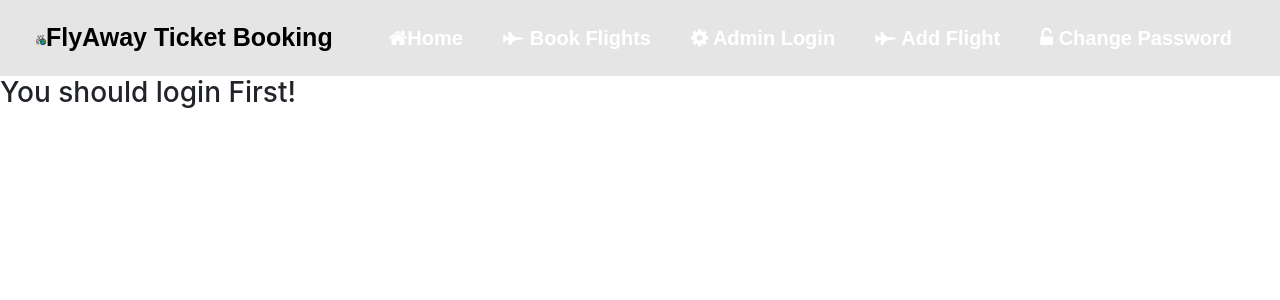
Repository: sayrabano/Phase2-project
Page: http://localhost/FlyAway/adminDashboard.jsp
The author's editor kept a copy of each file at every save. The page is drawn from the files as they stood at one save, then again after the next save.
The browser window is 1280 px wide. The pictures show the whole page.
Some web fonts or font styles are not loaded; a fallback is used. The page is served by Tomcat 9. Other server files are loaded and not shown.

Above is the page before, as saved 2021-09-26 12:56:17.

### FlyAway/src/main/webapp/adminDashboard.jsp
<%@ page language="java" contentType="text/html; charset=ISO-8859-1"
	pageEncoding="ISO-8859-1"%>
<%@page import="java.sql.*"%>
<%@page import=" com.flyaway.LogIn"%>

<%
String driverName = "com.mysql.cj.jdbc.Driver";
String Url = "jdbc:mysql://localhost:3306/flyaway";

String userId = "root";
String password = "say123";

try {
	Class.forName(driverName);
} catch (ClassNotFoundException e) {
	e.printStackTrace();
}
Connection connection = null;
Statement statement = null;
ResultSet resultSet = null;
%>

<!DOCTYPE html>
<html>
<head>
<meta charset="ISO-8859-1">
<title>FlyAway</title>
<%@include file="allcss.jsp" %>
<link rel="stylesheet" href="CSS/style7.css" />
<style>
</style>
</head>

<body>

	<nav class="navbar navbar-expand-lg navbar-light bg-custom" id="navbar">





		<a class="navbar-brand" id="tag"><img src="Images/travel.png" class="img-fluid"  width="10px">FlyAway Ticket Booking</a>


		<div class="collapse navbar-collapse" id="navbarSupportedContent">
			<ul class="navbar-nav mr-auto">
				<li class="nav-item"><a class="nav-link" href="Home.jsp"> <i
						class="fa fa-home" aria-hidden="true"></i>Home
				</a></li>

				<li class="nav-item"><a class="nav-link"
					href="option-flightsearch.jsp"><i class="fa fa-fighter-jet"></i>
						Book Flights </a></li>
				<li class="nav-item"><a href="Login.jsp" class="nav-link"><i
						class="fa fa-gear"></i> Admin Login</a></li>
						<li class="nav-item"><a href="#" class="nav-link">
						<i class="fa fa-fighter-jet"></i> Add Flight</a></li>


						<li class="nav-item"><a href="Changepassword.jsp" class="nav-link">
						<i class="fa fa-unlock-alt" aria-hidden="true"></i> Change Password</a></li>





			</ul>



		</div>

	</nav>

<%if(LogIn.isLoggedin) {

%>
	<div>
		<h2>Welcome To Admin DashBoard</h2>
		<p style="text-align:center;"> LoggedIn as :- Username is : <%=LogIn.username %> and
		Password is : <%=LogIn.password %>
</p>

	<br><br>

	</div>
	<div class="row" align="center">
	<
        <div class="col-lg-3 col-md-4col-sm-6 mb-4">
            <form action="LogOut" method="get">
           <button type="submit" class="btn btn-primary btn">Logout</button>
		</form>
        </div>

        </div>
        </div>
         <br><br><br><br><br><br>
               <center><h2>List of Flight</h2></center><br>

				<table class="table table-bodered table striped" align="center">
					<thead class="thead">
						<tr>
							<th scope="col">Flight ID</th>
							<th scope="col">Flight Name</th>
							<th scope="col">Origin</th>
							<th scope="col">Destination</th>
							<th scope="col">Date</th>
							<th scope="col">Day</th>
							<th scope="col">Ticket Price</th>
						</tr>
					</thead>
					<tbody class="tbody">


						<%
						try {
							connection = DriverManager.getConnection(Url, userId, password);
							statement = connection.createStatement();
							String sql = "SELECT * FROM flight_list";
							resultSet = statement.executeQuery(sql);
							while (resultSet.next()) {
						%>
						<tr>
							<td><%=resultSet.getString("Id")%></td>
							<td><%=resultSet.getString("Flight")%></td>
							<td><%=resultSet.getString("Origin")%></td>
							<td><%=resultSet.getString("Destination")%></td>
							<td><%=resultSet.getString("Day")%></td>
							<td><%=resultSet.getString("Date")%></td>
							<td><%=resultSet.getString("Ticket_Price")%></td>
						</tr>
						<%
						}
						} catch (Exception e) {
						e.printStackTrace();
						}
}

else{
	out.print("<h3>You should login First!</h3>");
}
						%>
					</tbody>
				</table>

</body>
</html>

### FlyAway/src/main/webapp/allcss.jsp



	<!-- Required meta tags -->
<meta charset="utf-8">
<meta name="viewport"
	content="width=device-width, initial-scale=1, shrink-to-fit=no">

<link rel="stylesheet"
	href="https://cdnjs.cloudflare.com/ajax/libs/font-awesome/4.7.0/css/font-awesome.min.css">
<!-- Required meta tags -->
<meta charset="utf-8">
<meta name="viewport"
	content="width=device-width, initial-scale=1, shrink-to-fit=no">

<!-- Bootstrap CSS -->
<link rel="stylesheet"
	href="https://maxcdn.bootstrapcdn.com/bootstrap/4.0.0/css/bootstrap.min.css"
	integrity="sha384-Gn5384xqQ1aoWXA+058RXPxPg6fy4IWvTNh0E263XmFcJlSAwiGgFAW/dAiS6JXm"
	crossorigin="anonymous">
<link rel="stylesheet"
	href="https://cdnjs.cloudflare.com/ajax/libs/font-awesome/4.7.0/css/font-awesome.min.css">
<link
	href="https://fonts.googleapis.com/css2?family=Baloo+Bhai+2:wght@500&display=swap"
	rel="stylesheet">
<link
	href="https://fonts.googleapis.com/css2?family=Ubuntu:ital,wght@1,700&display=swap"
	rel="stylesheet">

### FlyAway/src/main/webapp/CSS/style7.css
@charset "ISO-8859-1";
@charset "ISO-8859-1";

#navbar{
background-color:rgba(0,0,0,.1) ;
font-family:'Ubuntu', sans-serif;

}


#navbar ul li a{
	color:white;

	font-size:20px;
	font-weight:bold;
	padding:15px 20px;

}
#navbar ul li a:hover{
	color:black;
	background-color:white;
	border-radius:18px;


}


#tag{
	font-size:25px;
 color:black;
 font-weight:bold;


	float:right;
	padding: 10px 20px;

}
#gear{
	margin:2px;
	padding:10px;



}
#gear a:hover{



	background-color:white;


}
h2{
	text-align:center;
	font-family:'Ubuntu', sans-serif;
}
.btn{
	color:black;
	padding-left:10rem;
	padding-right:6rem;
	margin-top: 15px;

   background-color:#b0bec5;
	font-family:'Ubuntu', sans-serif;
	float:right;
    display:flex;


}
.thead{
	background-color:#000000;
	font-family:'Ubuntu', sans-serif;
	color:white;
}
.tbody{
	background-color:#b0bec5;
	font-family:'Ubuntu', sans-serif;
}

After the next save:
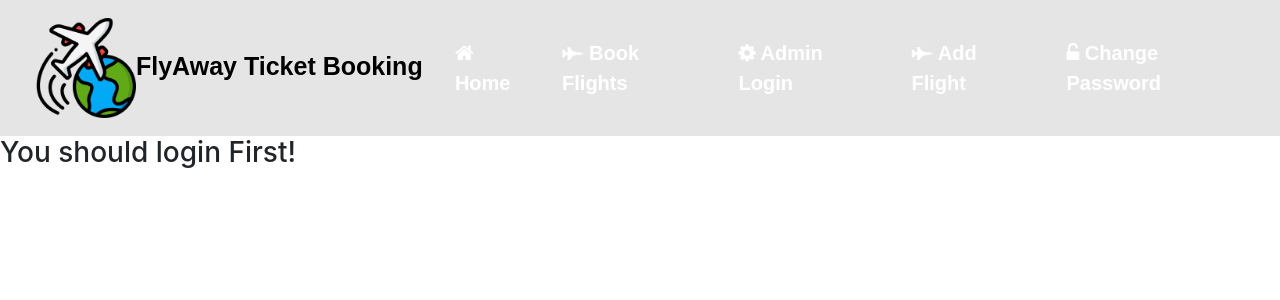
Saved 13 s later.
--- a/FlyAway/src/main/webapp/adminDashboard.jsp
+++ b/FlyAway/src/main/webapp/adminDashboard.jsp
@@ -39,7 +39,7 @@ ResultSet resultSet = null;
 
 
 
-		<a class="navbar-brand" id="tag"><img src="Images/travel.png" class="img-fluid"  width="10px">FlyAway Ticket Booking</a>
+		<a class="navbar-brand" id="tag"><img src="Images/travel.png" class="img-fluid"  width="100px">FlyAway Ticket Booking</a>
 
 
 		<div class="collapse navbar-collapse" id="navbarSupportedContent">
